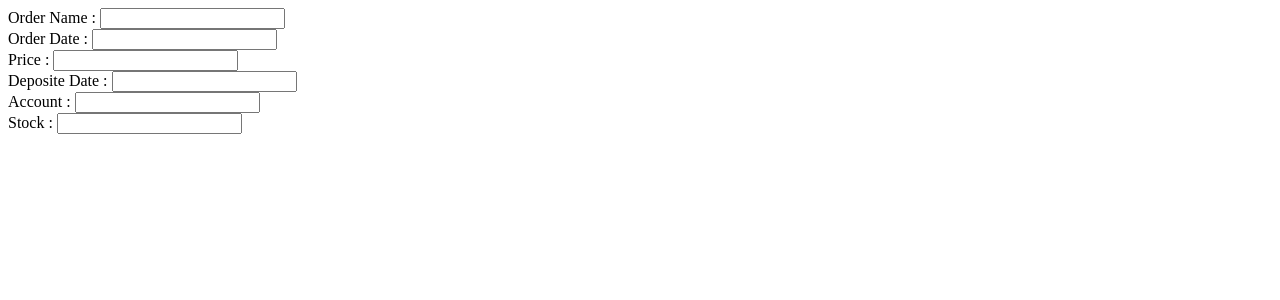
Repository: cheukyin21hk/DudeClothingConsole
Page: http://localhost/DudeClothing/WEB-INF/views/orderMgt.jsp
An editor plug-in stored every save of this project. The page is shown before and after the next save, followed by the edit.
The browser window is 1280 px wide. The pictures show the whole page.
The page is served by Tomcat 9. Nobody is signed in. Other server files are loaded and not shown. The template is opened directly, without the code that normally fills it, so the values that code supplies are empty.

Above is the page before, as saved 2015-06-01 02:49:25.

### DudeClothing/src/main/webapp/WEB-INF/views/orderMgt.jsp
<%@ page language="java" contentType="text/html; charset=UTF-8"
	pageEncoding="UTF-8"%>
<!DOCTYPE html PUBLIC "-//W3C//DTD HTML 4.01 Transitional//EN" "http://www.w3.org/TR/html4/loose.dtd">
<html>
<head>
<meta http-equiv="Content-Type" content="text/html; charset=UTF-8">
<title>DudeClothing - Order Info Management</title>
</head>
<body>
	Order Name :
	<input type='text'>
	<br /> Order Date :
	<input type='text'>
	<br /> Price :
	<input type='text'>
	<br /> Deposite Date :
	<input type='text'>
	<br /> Account :
	<input type='text'>
	<br /> Stock :
	<input type='text'>
	<br />
</body>
</html>

After the next save:
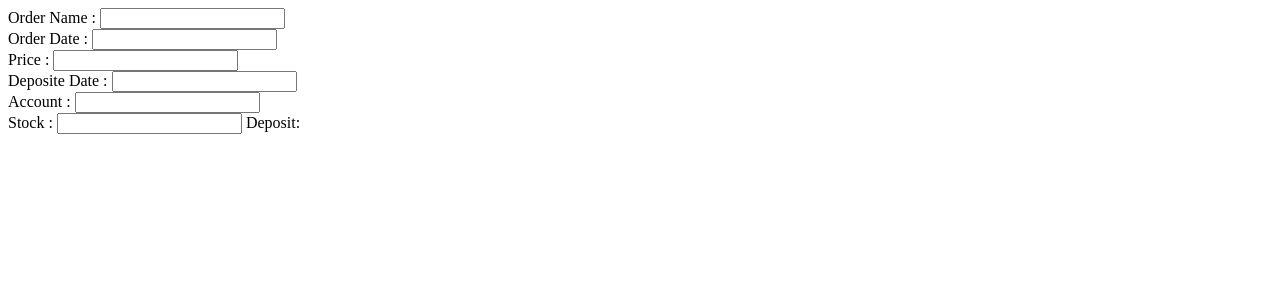
Saved 15 s later.
--- a/DudeClothing/src/main/webapp/WEB-INF/views/orderMgt.jsp
+++ b/DudeClothing/src/main/webapp/WEB-INF/views/orderMgt.jsp
@@ -19,6 +19,7 @@
 	<input type='text'>
 	<br /> Stock :
 	<input type='text'>
+	Deposit:
 	<br />
 </body>
 </html>
